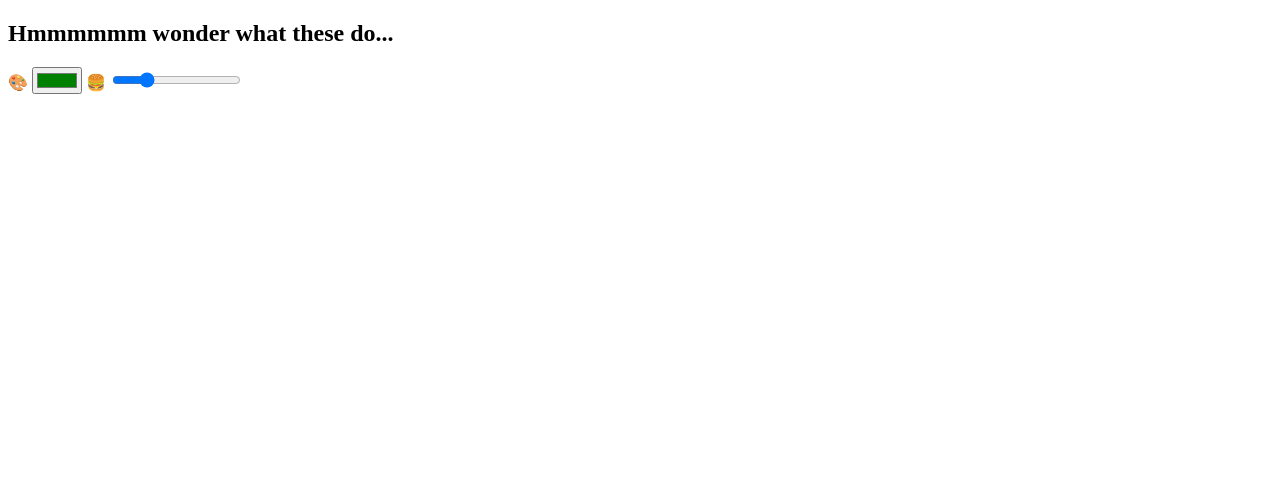
Repository: popcorn245/stick-universe
Page: index.html
An editor plug-in stored every save of this project. The page is shown before and after the next save, followed by the edit.
The browser window is 1280 px wide. The pictures show the whole page.

Above is the page before, as saved 2021-11-25 23:01:48.

### index.html
<!DOCTYPE html>
<html lang="en">
  <head>
    <meta charset="UTF-8" />
    <meta http-equiv="X-UA-Compatible" content="IE=edge" />
    <meta name="viewport" content="width=device-width, initial-scale=1.0" />
    <title>Document</title>
  </head>
  <body>
    <div id="stickman">
      <div class="head"></div>
      <div class="torso"></div>
      <div class="arm left"></div>
      <div class="arm right"></div>
      <div class="leg left"></div>
      <div class="leg right"></div>
    </div>

    <form>
      <h2>Hmmmmmm wonder what these do...</h2>
      <label for="color">
        🎨
        <input id="color" type="color" value="#008000" />
      </label>
      <label for="weight">
        🍔
        <input id="weight" type="range" value="8" min="1" max="30" />
      </label>
    </form>
  </body>
</html>

After the next save:
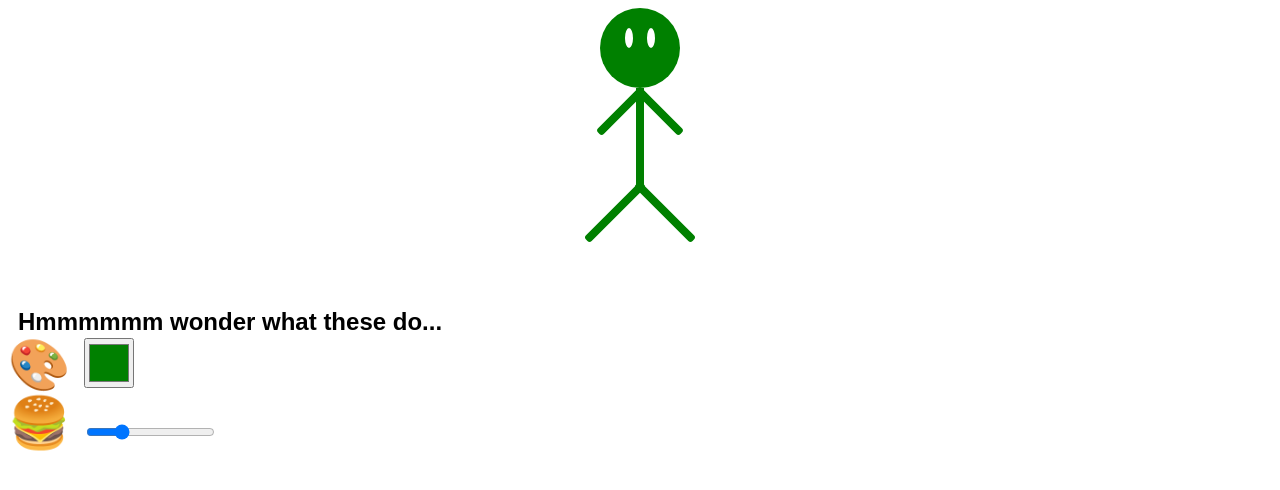
Saved 2 min 20 s later.
--- a/index.html
+++ b/index.html
@@ -5,6 +5,145 @@
     <meta http-equiv="X-UA-Compatible" content="IE=edge" />
     <meta name="viewport" content="width=device-width, initial-scale=1.0" />
     <title>Document</title>
+    <style>
+      * {
+        font-family: arial;
+      }
+
+      :root {
+        --stick-color: #008000;
+        --stick-width: 8px;
+      }
+
+      h2 {
+        margin: 0;
+        text-indent: 10px;
+      }
+
+      input[type="color"] {
+        height: 50px;
+      }
+
+      label {
+        display: block;
+        font-size: 50px;
+      }
+
+      #stickman {
+        height: 300px;
+        width: 300px;
+        margin: 0 auto;
+        position: relative;
+      }
+
+      #stickman:hover {
+        cursor: pointer;
+      }
+
+      #stickman .head {
+        height: 80px;
+        width: 80px;
+        margin: 0 auto;
+        background: var(--stick-color);
+        border-radius: 100%;
+        position: relative;
+      }
+
+      #stickman .head:before,
+      #stickman .head:after {
+        content: "";
+        position: absolute;
+        top: 20px;
+        height: 20px;
+        width: 8px;
+        background: white;
+        border-radius: 100%;
+        animation: blink 8s infinite;
+      }
+
+      #stickman .head:before {
+        left: 25px;
+      }
+
+      #stickman .head:after {
+        right: 25px;
+      }
+
+      #stickman .torso {
+        margin: 0 auto;
+        height: 100px;
+        width: var(--stick-width);
+        background: var(--stick-color);
+      }
+
+      #stickman .arm,
+      #stickman .leg {
+        position: absolute;
+        width: 60px;
+        height: var(--stick-width);
+        background: var(--stick-color);
+        border-radius: 3px;
+      }
+
+      #stickman .arm {
+        top: 100px;
+      }
+
+      #stickman .arm.left {
+        transform: rotate(-45deg);
+        left: 100px;
+      }
+
+      #stickman .arm.right {
+        transform: rotate(45deg);
+        left: 140px;
+      }
+
+      #stickman .leg {
+        top: 200px;
+        width: 80px;
+      }
+
+      #stickman .leg.left {
+        transform: rotate(-45deg);
+        left: 85px;
+      }
+
+      #stickman .leg.right {
+        transform: rotate(45deg);
+        left: 135px;
+      }
+
+      @keyframes blink {
+        0% {
+          height: 20px;
+        }
+        5% {
+          margin-top: 5px;
+          height: 0px;
+        }
+        10% {
+          margin-top: 0;
+          height: 20px;
+        }
+      }
+
+      .jump-animation {
+        animation: jump 3s ease;
+      }
+
+      @keyframes jump {
+        0% {
+          margin-top: 0px;
+        }
+        50% {
+          margin-top: -100px;
+        }
+        100% {
+          margin-top: 0px;
+        }
+      }
+    </style>
   </head>
   <body>
     <div id="stickman">
